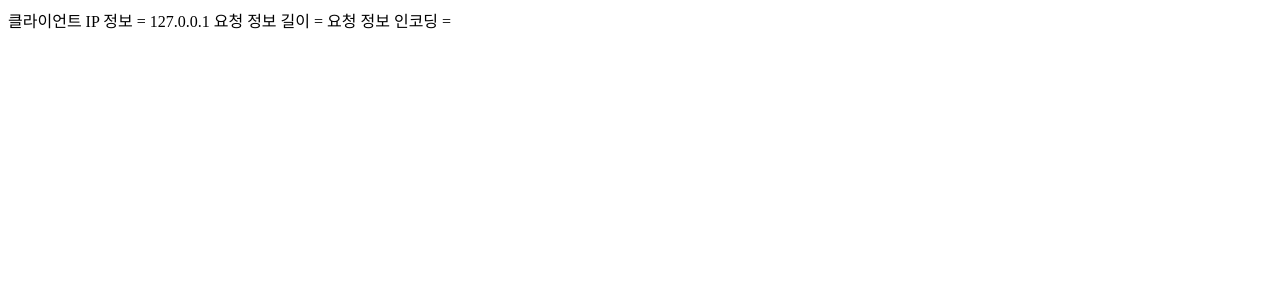
Repository: noopzzya/study_jsp_globalin
Page: http://localhost/ServletProject/directive/req1Ex.jsp
The author's editor kept a copy of each file at every save. The page is drawn from the files as they stood at one save, then again after the next save.
The browser window is 1280 px wide. The pictures show the whole page.
The page is served by Tomcat 9.

Above is the page before, as saved 2023-01-31 05:37:13.

After the next save:
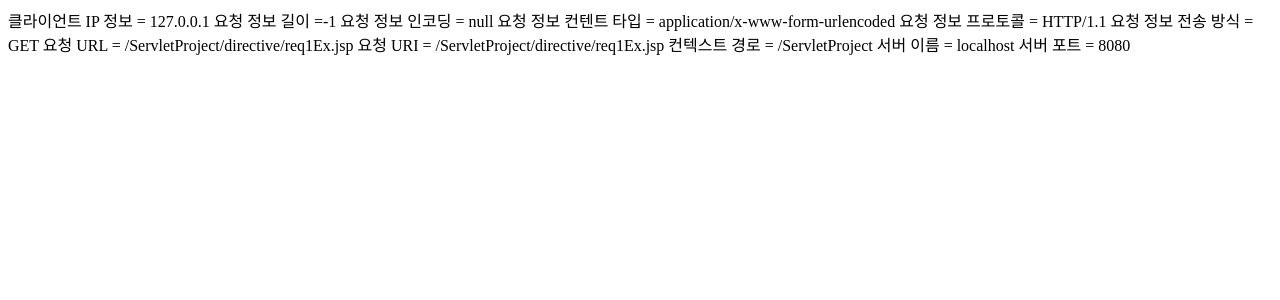
Saved 5 min 32 s later.
--- a/ServletProject/src/main/webapp/directive/req1Ex.jsp
+++ b/ServletProject/src/main/webapp/directive/req1Ex.jsp
@@ -8,7 +8,15 @@
 </head>
 <body>
 클라이언트 IP 정보 = <%=request.getRemoteAddr() %>
-요청 정보 길이 =
-요청 정보 인코딩 =
+요청 정보 길이 =<%=request.getContentLength() %>
+요청 정보 인코딩 = <%=request.getCharacterEncoding() %>
+요청 정보 컨텐트 타입 = <%=request.getContentType() %>
+요청 정보 프로토콜 = <%=request.getProtocol() %>
+요청 정보 전송 방식 = <%=request.getMethod() %>
+요청 URL = <%=request.getRequestURI().toString() %>
+요청 URI = <%=request.getRequestURI() %>
+컨텍스트 경로 = <%=request.getContextPath() %>
+서버 이름 = <%=request.getServerName() %>
+서버 포트 = <%=request.getServerPort() %>
 </body>
 </html>
